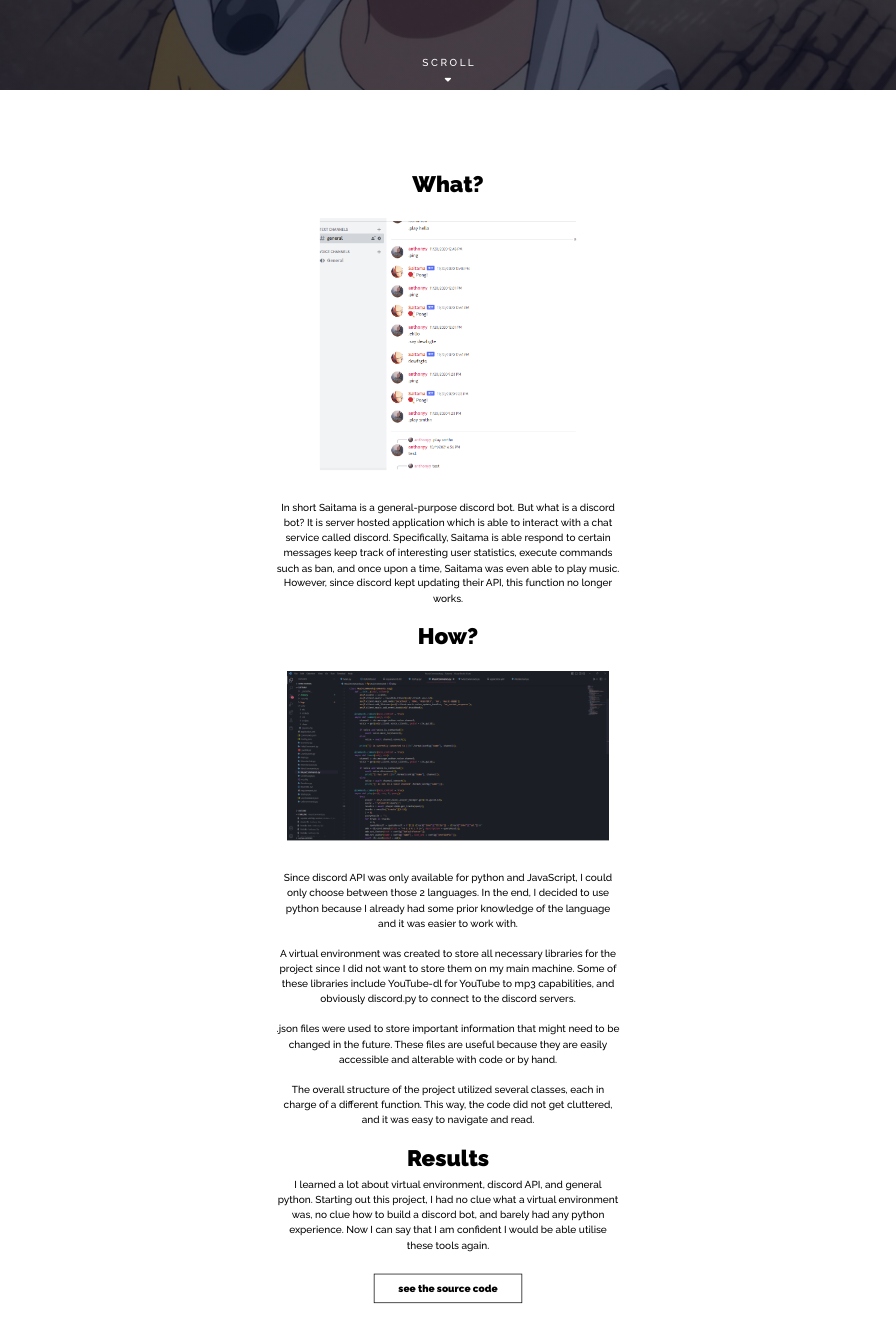
Repository: 7UM1N/anthonyq.github.io
Page: saitama.html
The author's editor kept a copy of each file at every save. The page is drawn from the files as they stood at one save, then again after the next save.
The browser window is 1280 px wide. The pictures show the part of the page from y = 591 to 2511 px (the page is 2758 px tall before and 2847 px after), at 70% of full size.

Above is the page before, as saved 2023-02-28 12:36:30.

### saitama.html
<!DOCTYPE html>
<html lang="en">
    <head>
        <!-- Google tag (gtag.js) -->
        <script async src="https://www.googletagmanager.com/gtag/js?id=G-XFJFSFPP7C"></script>
        <script>
            window.dataLayer = window.dataLayer || [];
            function gtag(){dataLayer.push(arguments);}
            gtag('js', new Date());
            gtag('config', 'G-XFJFSFPP7C');
        </script>

        <meta charset="UTF-8">
        <meta name="viewport" content="width=device-width, initial-scale=1.0">
        <title>Anthony Qiu</title>
        <link rel="stylesheet" href="https://cdnjs.cloudflare.com/ajax/libs/normalize/8.0.1/normalize.min.css" integrity="sha512-NhSC1YmyruXifcj/KFRWoC561YpHpc5Jtzgvbuzx5VozKpWvQ+4nXhPdFgmx8xqexRcpAglTj9sIBWINXa8x5w==" crossorigin="anonymous" referrerpolicy="no-referrer" />
        <link rel="stylesheet" href="https://cdnjs.cloudflare.com/ajax/libs/font-awesome/6.2.1/css/all.min.css" integrity="sha512-MV7K8+y+gLIBoVD59lQIYicR65iaqukzvf/nwasF0nqhPay5w/9lJmVM2hMDcnK1OnMGCdVK+iQrJ7lzPJQd1w==" crossorigin="anonymous" referrerpolicy="no-referrer" />
        <link rel="stylesheet" href="css/style.css">
        <link rel="preconnect" href="https://fonts.googleapis.com">
        <link rel="preconnect" href="https://fonts.gstatic.com" crossorigin>
        <link href="https://fonts.googleapis.com/css2?family=Raleway:ital,wght@0,100;0,200;0,300;0,400;0,500;0,600;0,700;0,800;0,900;1,100;1,200;1,300;1,400;1,500;1,600;1,700;1,800;1,900&display=swap" rel="stylesheet">
    </head>
    <body>

        <!-- header -->
        <section class="sub-header sub-header-saitama">
            <nav>
                <a class="logo" href="index.html">
                    <strong>ANTHONY</strong> QIU
                </a>
                <div class="nav-links" id="navLinks">
                    <ul>
                        <i class="fa-solid fa-xmark" onclick="hideMenu()"></i>
                        <li><a href="index.html" >HOME</a></li>
                        <li><a href="index.html#projects">PROJECTS</a></li>
                        <li><a href="contact.html">CONTACT</a></li>
                    </ul>
                </div>
                <i class="fa-solid fa-bars" onclick="showMenu()"></i>
            </nav>
            <div class="text-box">
                <h1>Saitama</h1>
                <p>
                    a general purpose discord bot
                </p>
            </div>
            <div class="scroll">
                <p>S C R O L L<br><i class="fa-solid fa-sort-down"></i></p>
            </div>
        </section>

        <!-- content -->
        <section class="portfolio-item-section">
            <h2>
                What?
            </h2>
            <img src="img/saitama/saitama-card.png">
            <p>
                In short Saitama is a general-purpose discord bot. But what is a discord bot? It is server hosted application which is able to interact with a chat service called discord. Specifically, Saitama is able respond to certain messages keep track of interesting user statistics, execute commands such as ban, and once upon a time, Saitama was even able to play music. However, since discord kept updating their API, this function no longer works.
            </p>
            <h2>How?</h2>
            <img src="img/saitama/saitama-editor.png">
            <p>
                Since discord API was only available for python and JavaScript, I could only choose between those 2 languages. In the end, I decided to use python because I already had some prior knowledge of the language and it was easier to work with.
                <br><br>A virtual environment was created to store all necessary libraries for the project since I did not want to store them on my main machine. Some of these libraries include YouTube-dl for YouTube to mp3 capabilities, and obviously discord.py to connect to the discord servers.
                <br><br>.json files were used to store important information that might need to be changed in the future. These files are useful because they are easily accessible and alterable with code or by hand.
                <br><br>The overall structure of the project utilized several classes, each in charge of a different function. This way, the code did not get cluttered, and it was easy to navigate and read.
            </p>
            <h2>Results</h2>
            <p>
                I learned a lot about virtual environment, discord API, and general python. Starting out this project, I had no clue what a virtual environment was, no clue how to build a discord bot, and barely had any python experience. Now I can say that I am confident I would be able utilise these tools again.
            </p>
            <a href="https://github.com/anthonyqiu/saitama" download class="hero-btn inverse-btn"><strong>see the source code</strong></a>
        </section>

        <!-- footer -->
        <footer class="footer">
            <a href="mailto:anthony.bo.qiu@gmail.com" class="email">anthony.bo.qiu@gmail.com</a>
            <ul class="socials">
                <li class="socials-item">
                    <a class="social-item-link" href="https://www.linkedin.com/in/anthonyboqiu">
                        <i class="fa-brands fa-linkedin"></i>
                    </a>
                </li>
                <li class="socials-item">
                    <a class="social-item-link" href="https://github.com/anthonyqiu">
                        <i class="fa-brands fa-github"></i>
                    </a>
                </li>
            </ul>
            <P class="love">made with <i class="fa-regular fa-heart"></i> by Anthony</p>
        </footer>

        <!-- javascript-->
        <script src="js/index.js"></script>
    </body>
</html>

### css/style.css
/*custom properties*/
:root {
    --ff-primary: 'Raleway', sans-serif;
    --ff-secondary: 'Raleway', sans-serif;

    --fw-reg: 500;
    --fw-bold: 850;

    --clr-light: #fff;
    --clr-dark: #000000;
    --clr-accent: #e281ff;

    --fs-h1: 3rem;
    --fs-h2: 2rem;
    --fs-h3: 1.25rem;
    --fs-h4: 1.05rem;
    --fs-body: 0.9rem;

    --bs: 0.25em 0.25em 0.75em rgba(0, 0, 0, .25), 0.125em 0.125em 0.25em rgba(0, 0, 0, .15);
}

* {
    margin: 0;
    padding: 0;
    font-family: var(--ff-primary);
}

/* typography */
h1,
h2,
h3 {
    line-height: 1.1;
}

h1, h2, h3, h4 {
    font-weight: var(--fw-bold);
}

h1 {font-size: var(--fs-h1)}
h2 {font-size: var(--fs-h2)}
h3 {
    font-size: var(--fs-h3);
    font-weight: 800;
}
h4 {
    font-size: var(--fs-h4);
}

p {
    font-size: var(--fs-body);
    font-weight: var(--fw-reg);
    line-height: 150%;
    padding: 10px;
}

a:link {
    text-decoration: none;
}

a:visited {
    text-decoration: none;
}

a:hover {
    text-decoration: none;
}

a:active {
    text-decoration: none;
}

strong {font-weight: var(--fw-bold);}

/*header*/
header {
    min-height: 100vh;
    width: 100%;
    background-image: linear-gradient(rgba(4, 9, 30, 0.85), rgba(4, 9, 30, 0.85)), url(../img/blueprint.jpeg);
    background-position: center;
    background-size: cover;
    position: relative;
}

header img {
    max-width: 20vh;
    border-radius: 7%;
}

nav {
    display: flex;
    padding: 2% 6%;
    justify-content: space-between;
    align-items: center;
}

.logo {
    color: var(--clr-light);
    text-decoration: none;
    font-size: var(--fs-h2);
}

.nav-links {
    flex: 1;
    text-align: right;
}

.nav-links ul li {
    list-style: none;
    display: inline-block;
    padding: 8px 12px;
    position: relative;
}

.nav-links ul li a {
    color: var(--clr-light);
    text-decoration: none;
    font-size: var(--fs-body);
}

.nav-links ul li::after {
    content: '';
    width: 0%;
    height: 2px;
    background: var(--clr-light);
    display: block;
    margin: auto;
    transition: 0.5s;
}

.nav-links ul li:hover::after {
    width: 100%;
}

.text-box {
    width: 50%;
    color: var(--clr-light);
    position: absolute;
    top: 50%;
    left: 50%;
    transform: translate(-50%, -50%);
    text-align: center;
}

.text-box p {
    margin: 10px 0 40px;
    color: var(--clr-light);
}

.hero-btn {
    color: var(--clr-light);
    border: 1px solid var(--clr-light);
    display: inline-block;
    text-decoration: none;
    padding: 12px 34px;
    font-size: var(--fs-body);
    background: transparent;
    position: relative;
    cursor: pointer;
    margin-top: 20px;;
}

.hero-btn:hover {
    background: var(--clr-light);
    color: var(--clr-dark);
    transition: 1s;
}

.inverse-btn {
    color: var(--clr-dark);
    border: 1px solid var(--clr-dark);
}

.inverse-btn:hover {
    color: var(--clr-light);
    background: var(--clr-dark);
}

nav .fa-solid {
    display: none;
}

.scroll {
    color: var(--clr-light);
    text-align: center;
    position: absolute;
    top: 96%;
    left: 50%;
    transform: translate(-50%, -50%);
}

/*projects*/

.projects {
    width: 80%;
    margin: auto;
    text-align: center;
    padding-top: 100px;
    padding-bottom: 100px;
}

.projects p {
    color: var(--clr-dark);
}

.projects img {
    width: 12rem;
    height: 18rem;
    border-radius: 10px;
}

.portfolio {
    display: flex;
    flex-wrap: wrap;
    gap: 1.5rem;

    margin: auto;
    align-items: center;
    justify-content: center;
    margin-top: 3rem;
}

.portfolio-item {
    background-position: center;
    background-size: cover;
    position: relative;

    color: var(--clr-light);
    width: 350px;
    height: 500px;
    flex-shrink: 0;
    border-radius: 10px;
    box-sizing: border-box;
    transition: 0.5s;

    display: flex;
    justify-content: center;
    align-items: center;
    flex-direction: column;
}

.portfolio-item h3 {
    color: var(--clr-light);
    width: 150px;
    height: 150px;
    border-style: solid;
    border-width: 0.3rem;
    border-color: var(--clr-light);
    border-radius: 50%;

    position: relative;
    display: flex;
    justify-content: center;
    align-items: center;
    margin: auto;
}

.portfolio-item p {
    color: var(--clr-light);

    display: flex;
    justify-content: center;
    align-items: center;
    margin: auto;
    opacity: 0%;
    transition: 1s;
}

.nerfv2 {
    background-image: linear-gradient(rgba(4, 9, 30, 0.5), rgba(4, 9, 30, 0.5)), url(../img/coming-soon.webp);
}

.launcho {
    background-image: linear-gradient(rgba(4, 9, 30, 0.5), rgba(4, 9, 30, 0.5)), url(../img/launcho/launcho-card.jpg);
}

.codebreaker {
    background-image: linear-gradient(rgba(4, 9, 30, 0.5), rgba(4, 9, 30, 0.5)), url(../img/codebreaker/codebreaker-card.jpg);
}

.saitama {
    background-image: linear-gradient(rgba(4, 9, 30, 0.5), rgba(4, 9, 30, 0.5)), url(../img/saitama/saitama-banner.webp);
}

.this-website {
    background-image: linear-gradient(rgba(4, 9, 30, 0.5), rgba(4, 9, 30, 0.5)), url(../img/this-website/this-website-card.jpeg);
}

.portfolio-item h3 {
    vertical-align: middle;
}

.portfolio-item:hover {
    box-shadow: 0 0 20px 0px rgba(0, 0, 0, 0.80);
    filter: brightness(90%);
}

.portfolio-item:hover p {
    opacity: 100%;
}

.portfolio-item-text {
    position: absolute;
    top: 0;
}

/* footer */
.footer {
    background: var(--clr-dark);
    color: var(--clr-light);
    text-align: center;
    padding: 2.5em 0;
    font-size: var(--fs-h3);
    font-family: var(--ff-secondary);
}

.footer a {
    color: inherit;
    text-decoration: none;
}

.email {
    font-weight: var(--fw-bold);
    font-size: 11px;
}

.email:hover,
.social-item-link:hover {
    transform: scale(2);
    opacity: .5;
}

.email,
.social-item-link {
    transition:
        transform 750ms cubic-bezier(.5, 0, .5, 1),
        opacity 250ms linear;
}

.socials {
    list-style: none;
    display: flex;
    justify-content: center;
    margin: 0.25em 0 0;
    padding: 0;
}

.socials-item {
    margin: - .5em;
}

.socials-item {
    padding: .5em;
}

.love {
    font-size: 9px;
}

.fa-heart {
    color: var(--clr-accent);
}

/* sub header */
.sub-header {
    height: 100vh;
    width: 100%;
    background-image: linear-gradient(rgba(4, 9, 30, 0.7), rgba(4, 9, 30, 0.7)), url(../img/launcho/launcho-card.jpg);
    background-position: center;
    background-size: cover;
    text-align: center;
    margin: auto;
    position: relative;
}
.sub-header-contact {background-image: linear-gradient(rgba(4, 9, 30, 0.85), rgba(4, 9, 30, 0.85)), url(../img/blueprint.jpeg);}
.sub-header-nerfv2 {background-image: linear-gradient(rgba(4, 9, 30, 0.7), rgba(4, 9, 30, 0.7)), url(../img/coming-soon.webp);}
.sub-header-launcho {background-image: linear-gradient(rgba(4, 9, 30, 0.7), rgba(4, 9, 30, 0.7)), url(../img/launcho/launcho-card.jpg);}
.sub-header-codebreaker {background-image: linear-gradient(rgba(4, 9, 30, 0.7), rgba(4, 9, 30, 0.7)), url(../img/codebreaker/codebreaker-banner.jpg);}
.sub-header-saitama {background-image: linear-gradient(rgba(4, 9, 30, 0.7), rgba(4, 9, 30, 0.7)), url(../img/saitama/saitama-banner.webp);}
.sub-header-this-website {background-image: linear-gradient(rgba(4, 9, 30, 0.7), rgba(4, 9, 30, 0.7)), url(../img/this-website/this-website-card.jpeg);}

.sub-header .text-box {
    border-style: solid;
    border-width: 0.25rem;
    border-color: var(--clr-light);
}

.portfolio-item-section {
    text-align: center;
    padding-top: 100px;
    padding-bottom: 100px;
    width: 40%;

    position: relative;
    display: flex;
    justify-content: center;
    align-items: center;
    margin: auto;
    flex-direction: column;
}

.portfolio-item-section p {
    color: var(--clr-dark);
}

.portfolio-item-section img {
    max-width: 90%;
    max-height: 50vh;
    padding: 2rem;
}

.portfolio-item-section h2,
.portfolio-item-section h3 {
    margin-top: 1rem;
}

.contact {
    padding: 50px;
    width: 40%;
    margin: auto;
    text-align: center;
}

.contact input,
.contact textarea {
    width: 100%;
    padding: 15px;
    margin-bottom: 17px;
    outline: none;
    border: 1px solid var(--clr-dark);
    box-sizing: border-box;
}

/*smaller screens*/
@media(max-width: 800px) {
    .nav-links ul li {
        display: block;
    }

    .nav-links {
        position: fixed;
        background: var(--clr-dark);
        height: 100vh;
        width: 200px;
        top: 0;
        right: -200px;
        text-align: left;
        z-index: 2;
        transition: 1s;
    }

    nav .fa-solid {
        display: block;
        color: var(--clr-light);
        margin: 10px;
        font-size: var(--fs-h3);
        cursor: pointer;
    }

    .text-box {
        width: 90%;
    }

    header img {
        max-width: 10vh;
        border-radius: 3%;
    }

    .portfolio-item-section {
        width: 90%;
    }

    .contact {
        width: 70%;
    }
}

### js/index.js
//toggle menu
var navLinks = document.getElementById("navLinks");

function showMenu(){
    navLinks.style.right = "0";
}

function hideMenu(){
    navLinks.style.right = "-200px";
}

After the next save:
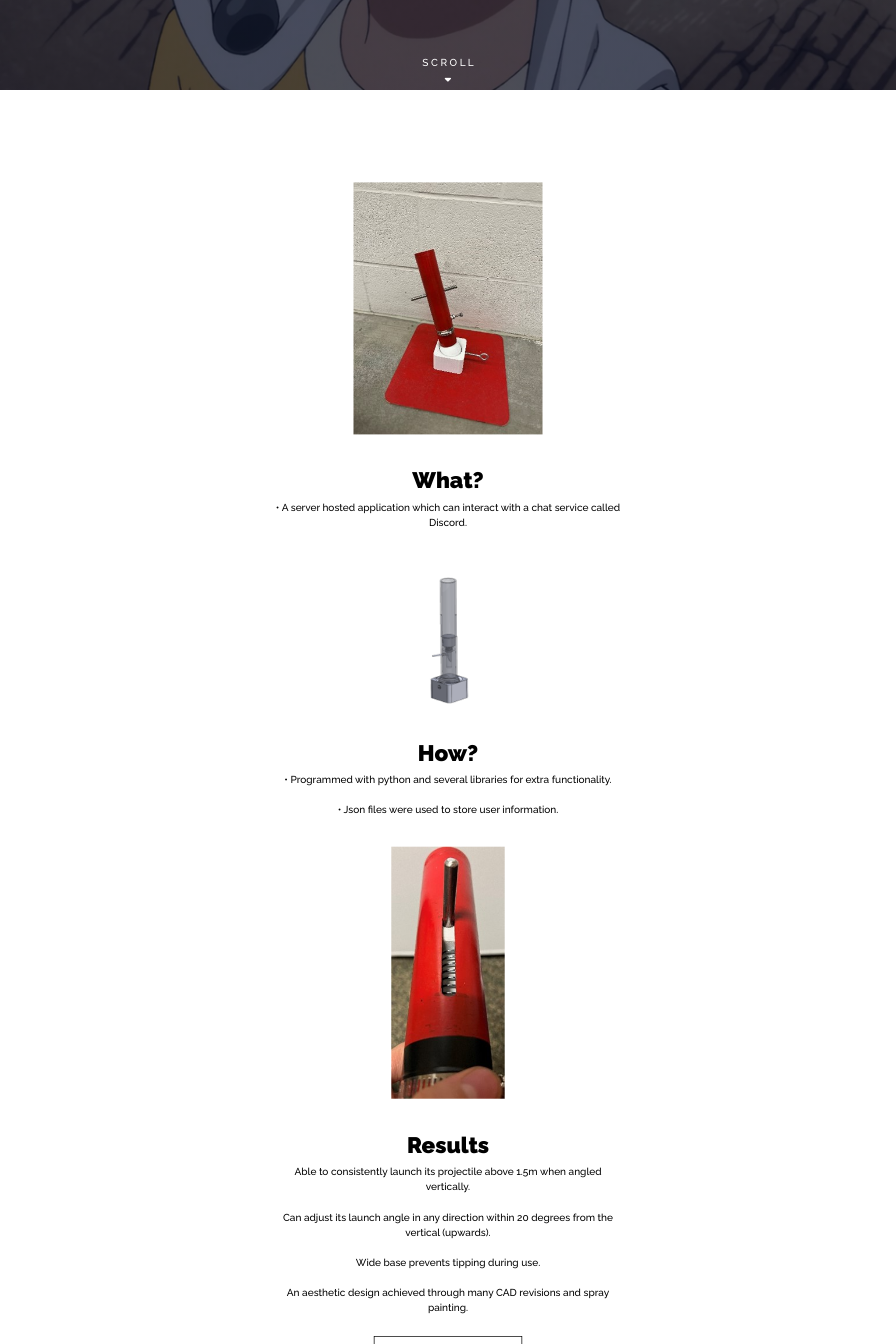
Saved 72 s later.
--- a/saitama.html
+++ b/saitama.html
@@ -51,24 +51,26 @@
 
         <!-- content -->
         <section class="portfolio-item-section">
-            <h2>
-                What?
-            </h2>
-            <img src="img/saitama/saitama-card.png">
+            <img src="img/launcho/what.jpg">
+            <h2>What?</h2>
             <p>
-                In short Saitama is a general-purpose discord bot. But what is a discord bot? It is server hosted application which is able to interact with a chat service called discord. Specifically, Saitama is able respond to certain messages keep track of interesting user statistics, execute commands such as ban, and once upon a time, Saitama was even able to play music. However, since discord kept updating their API, this function no longer works.
+                •	A server hosted application which can interact with a chat service called Discord.<br><br>
             </p>
+
+            <img src="img/launcho/how.png">
             <h2>How?</h2>
-            <img src="img/saitama/saitama-editor.png">
             <p>
-                Since discord API was only available for python and JavaScript, I could only choose between those 2 languages. In the end, I decided to use python because I already had some prior knowledge of the language and it was easier to work with.
-                <br><br>A virtual environment was created to store all necessary libraries for the project since I did not want to store them on my main machine. Some of these libraries include YouTube-dl for YouTube to mp3 capabilities, and obviously discord.py to connect to the discord servers.
-                <br><br>.json files were used to store important information that might need to be changed in the future. These files are useful because they are easily accessible and alterable with code or by hand.
-                <br><br>The overall structure of the project utilized several classes, each in charge of a different function. This way, the code did not get cluttered, and it was easy to navigate and read.
+                •	Programmed with python and several libraries for extra functionality.<br><br>
+                •	Json files were used to store user information.
             </p>
+
+            <img src="img/launcho/results.jpg">
             <h2>Results</h2>
             <p>
-                I learned a lot about virtual environment, discord API, and general python. Starting out this project, I had no clue what a virtual environment was, no clue how to build a discord bot, and barely had any python experience. Now I can say that I am confident I would be able utilise these tools again.
+                Able to consistently launch its projectile above 1.5m when angled vertically.<br><br>
+                Can adjust its launch angle in any direction within 20 degrees from the vertical (upwards).<br><br>
+                Wide base prevents tipping during use.<br><br>
+                An aesthetic design achieved through many CAD revisions and spray painting.
             </p>
             <a href="https://github.com/anthonyqiu/saitama" download class="hero-btn inverse-btn"><strong>see the source code</strong></a>
         </section>
